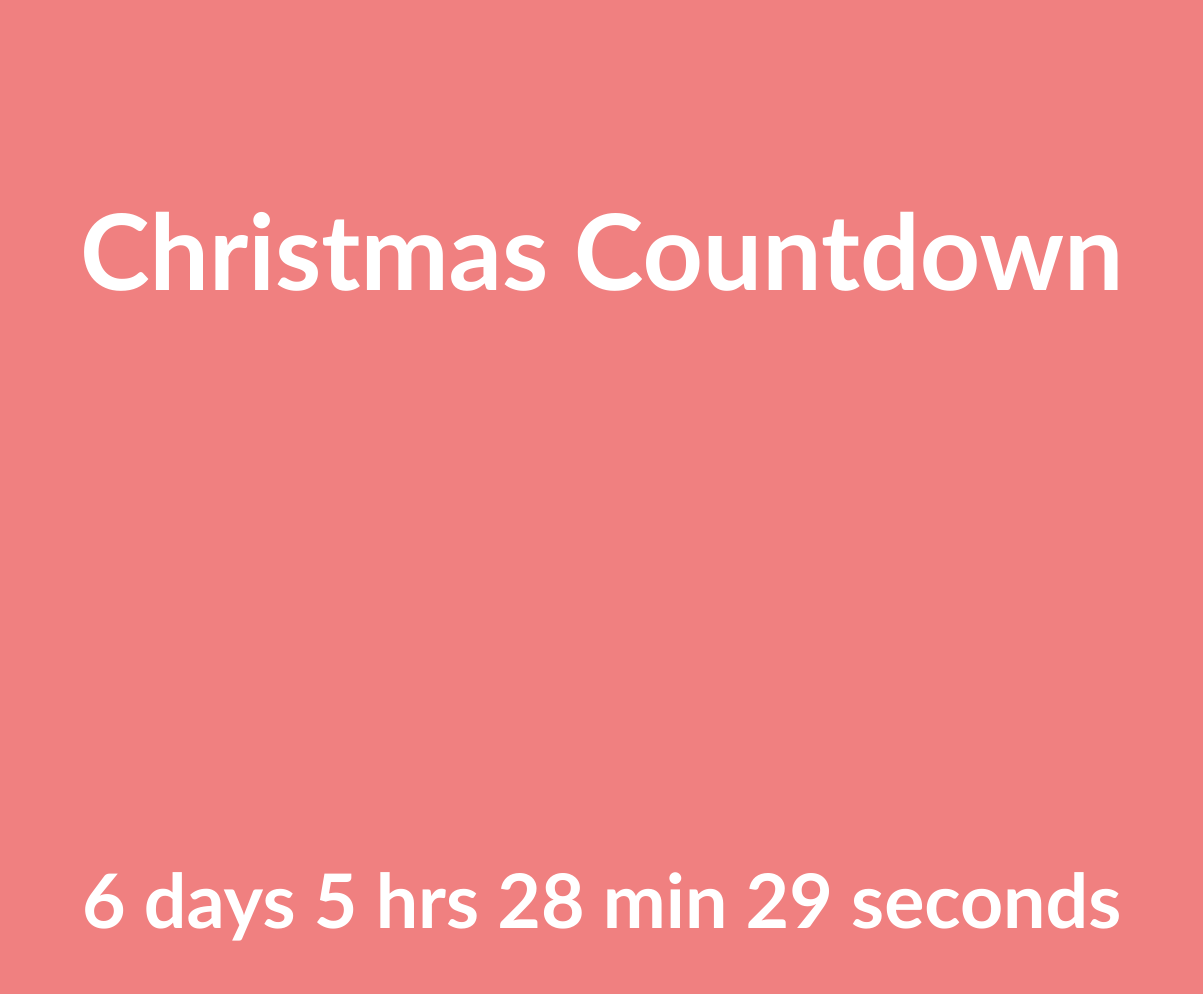
Repository: notMaximilian/countdown-timer
Page: index.html
The author's editor kept a copy of each file at every save. The page is drawn from the files as they stood at one save, then again after a run of saves.
The browser window is 1280 px wide. The pictures show the whole page, at 94% of full size.

Above is the page before, as saved 2021-12-18 18:58:14.

After the next 2 saves:
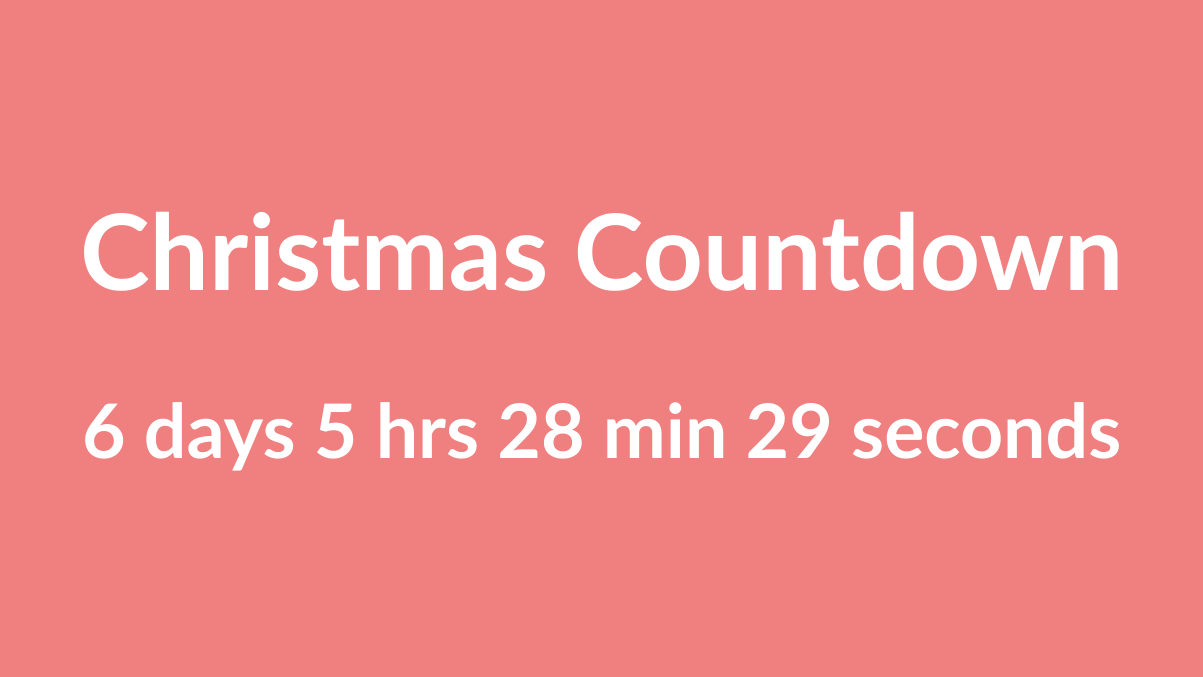
The 2 saves are shown as one change because they came seconds apart.
The last was saved 6 s later.
--- a/styles.css
+++ b/styles.css
@@ -8,7 +8,7 @@ body{
 #main-text{
     font-size: 700%;
     padding-top: 15%;
-    padding-bottom: 500px;
+    padding-bottom: -20px;
 }
 
 #time-left{
